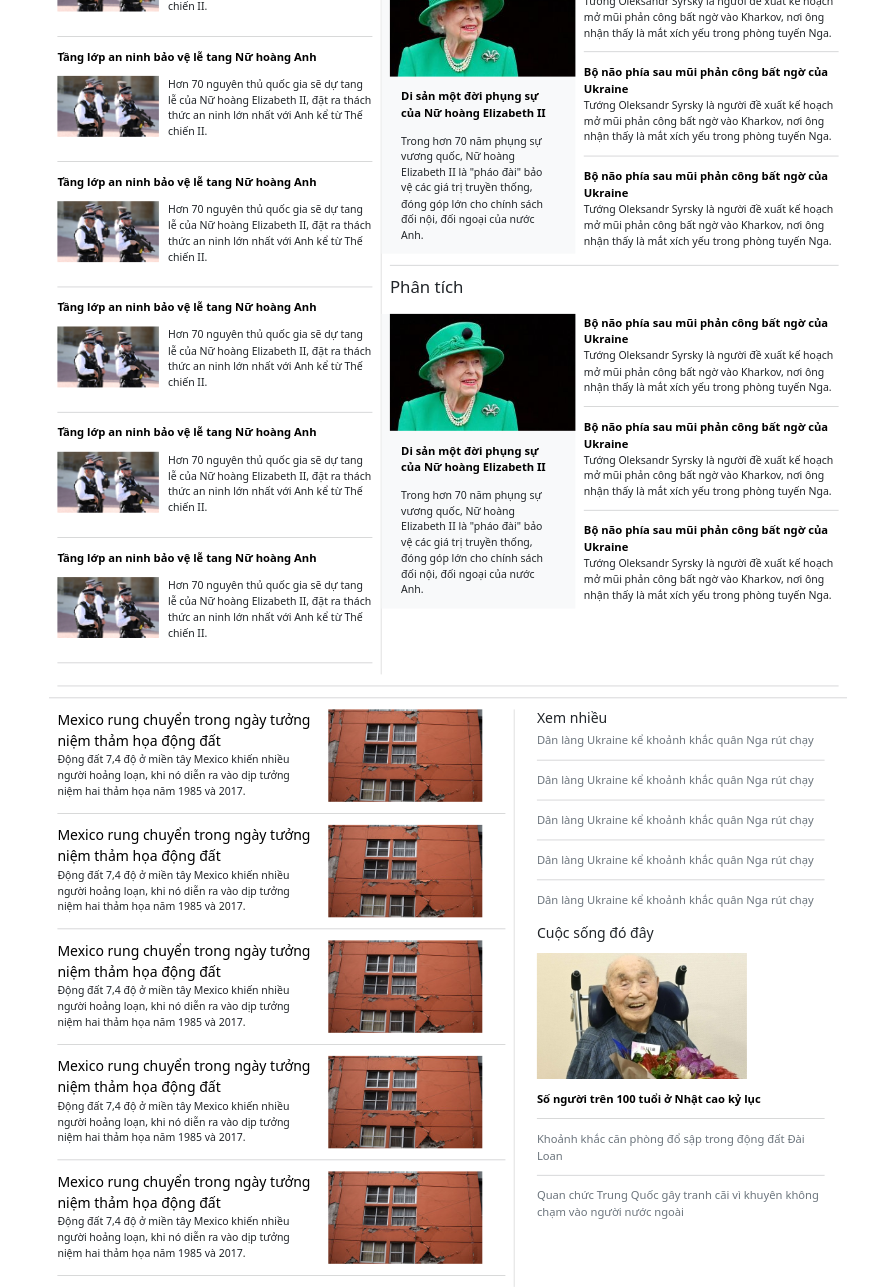
Repository: trongtamdev/lession1_html_sleepcloud
Page: vnExpress.html
An editor plug-in stored every save of this project. The page is shown before and after a run of saves, followed by the edit.
The browser window is 1280 px wide. The pictures show the part of the page from y = 788 to 2708 px (the page is 2627 px tall before and 2708 px after), at 70% of full size.

Above is the page before, as saved 2022-09-20 15:40:23.

### vnExpress.html
<!DOCTYPE html>
<html lang="en">
  <head>
    <meta charset="UTF-8" />
    <meta http-equiv="X-UA-Compatible" content="IE=edge" />
    <meta name="viewport" content="width=device-width, initial-scale=1.0" />
    <title>VNExpress</title>
    <link href="./styles/bootstrap.css" rel="stylesheet" />
    <link href="./styles/main.css" rel="stylesheet" />
  </head>
  <body>
    <div class="container">
      <div class="row">
        <div class="col-lg-8 mt-3">
          <div class="row bg-light">
            <div class="col-8">
              <img
                class="img-fluid"
                src="./assets/vnEpressImage/spotlight.jpg"
                alt="img-spotlight"
              />
            </div>
            <div class="col-4 mt-3">
              <h4><b>Tầng lớp an ninh bảo vệ lễ tang Nữ hoàng Anh</b></h4>
              <div class="mb-3">
                Hơn 70 nguyên thủ quốc gia sẽ dự tang lễ của Nữ hoàng Elizabeth
                II, đặt ra thách thức an ninh lớn nhất với Anh kể từ Thế chiến
                II.
              </div>
              <span class="text-muted">1' trước</span>
              <span class="text-muted mx-2">Thế giới</span>
            </div>
          </div>
          <hr />
          <div class="row">
            <div class="col-4">
              <a class="title-post" href="#">
                <b>
                  Điện Kremlin nói Nga - Trung không tìm cách kiểm soát thế
                  giới</b
                >
              </a>
              <div>
                Điện Kremlin cho rằng Nga, Trung Quốc không tìm cách kiểm soát
                thế giới "như những nước khác" và tố Mỹ là nguồn cơn của các
                hành động khiêu khích.
              </div>
            </div>
            <div class="col-4">
              <a class="title-post" href="#">
                <b> Ukraine tuyên bố chọc thủng phòng tuyến ven sông của Nga</b>
              </a>
              <div>
                Quân đội Ukraine tuyên bố các binh sĩ đã vượt sông Oskil đoạn
                chảy qua tỉnh Kharkov và phá vỡ phòng tuyến của lực lượng Nga.
              </div>
            </div>
            <div class="col-4">
              <a class="title-post" href="#">
                <b> Khoảnh khắc căn phòng đổ sập trong động đất Đài Loan</b>
              </a>
              <div>
                Phòng chơi cầu lông ở phía bắc Đài Loan rung lắc dữ dội và đổ
                sập trong lúc trận động đất mạnh 6,8 độ tấn công hòn đảo.
              </div>
            </div>
          </div>
          <hr />
          <div class="">
            <span class="text-muted">Chủ đề</span>
            <a class="ms-4 title-link" href="#"
              >Nữ hoàng Anh Elizabeth II qua đời</a
            >
          </div>
          <hr />
        </div>
        <!--END: LEFT SIDE 8 SPOTLIGHT-->

        <div class="col-lg-4 mt-3">
          <div class="row mt-3">
            <div class="col-7">
              <div>Alcaraz đưa Tây Ban Nha vào tứ kết Davis Cup Finals</div>
            </div>
            <div class="col-5">
              <img class="img" src="./assets/vnEpressImage/side-picture.jpg" />
            </div>
          </div>
          <hr />
          <div class="row mt-3">
            <div class="col-7">
              <div>Alcaraz đưa Tây Ban Nha vào tứ kết Davis Cup Finals</div>
            </div>
            <div class="col-5">
              <img class="img" src="./assets/vnEpressImage/side-picture.jpg" />
            </div>
          </div>
          <hr />
          <div class="row mt-3">
            <div class="col-7">
              <div>Alcaraz đưa Tây Ban Nha vào tứ kết Davis Cup Finals</div>
            </div>
            <div class="col-5">
              <img class="img" src="./assets/vnEpressImage/side-picture.jpg" />
            </div>
          </div>
          <hr />
          <div class="row mt-3">
            <div class="col-7">
              <div>Alcaraz đưa Tây Ban Nha vào tứ kết Davis Cup Finals</div>
            </div>
            <div class="col-5">
              <img class="img" src="./assets/vnEpressImage/side-picture.jpg" />
            </div>
          </div>
          <hr />
          <div class="row mt-3">
            <div class="col-7">
              <div>Alcaraz đưa Tây Ban Nha vào tứ kết Davis Cup Finals</div>
            </div>
            <div class="col-5">
              <img class="img" src="./assets/vnEpressImage/side-picture.jpg" />
            </div>
          </div>
          <hr />
          <div class="row mt-3">
            <div class="col-7">
              <div>Alcaraz đưa Tây Ban Nha vào tứ kết Davis Cup Finals</div>
            </div>
            <div class="col-5">
              <img class="img" src="./assets/vnEpressImage/side-picture.jpg" />
            </div>
          </div>
          <hr />
        </div>
        <!--END: RIGHT SIDE 4-->
      </div>
      <!-- END: Spotlight-->
      <div class="row mt-3">
        <div class="col-lg-5 border-right">
          <div class="row">
            <a class="title-post mb-3" href="#">
              <b>Tầng lớp an ninh bảo vệ lễ tang Nữ hoàng Anh</b>
            </a>
            <div class="col-4">
              <img class="img-side" src="./assets/vnEpressImage/side.jpg" />
            </div>
            <div class="col-8">
              <div>
                <p class="side-text">
                  Hơn 70 nguyên thủ quốc gia sẽ dự tang lễ của Nữ hoàng
                  Elizabeth II, đặt ra thách thức an ninh lớn nhất với Anh kể từ
                  Thế chiến II.
                </p>
              </div>
            </div>
          </div>
          <hr />
          <div class="row">
            <a class="title-post mb-3" href="#">
              <b>Tầng lớp an ninh bảo vệ lễ tang Nữ hoàng Anh</b>
            </a>
            <div class="col-4">
              <img class="img-side" src="./assets/vnEpressImage/side.jpg" />
            </div>
            <div class="col-8">
              <div>
                <p class="side-text">
                  Hơn 70 nguyên thủ quốc gia sẽ dự tang lễ của Nữ hoàng
                  Elizabeth II, đặt ra thách thức an ninh lớn nhất với Anh kể từ
                  Thế chiến II.
                </p>
              </div>
            </div>
          </div>
          <hr />
          <div class="row">
            <a class="title-post mb-3" href="#">
              <b>Tầng lớp an ninh bảo vệ lễ tang Nữ hoàng Anh</b>
            </a>
            <div class="col-4">
              <img class="img-side" src="./assets/vnEpressImage/side.jpg" />
            </div>
            <div class="col-8">
              <div>
                <p class="side-text">
                  Hơn 70 nguyên thủ quốc gia sẽ dự tang lễ của Nữ hoàng
                  Elizabeth II, đặt ra thách thức an ninh lớn nhất với Anh kể từ
                  Thế chiến II.
                </p>
              </div>
            </div>
          </div>
          <hr />
          <div class="row">
            <a class="title-post mb-3" href="#">
              <b>Tầng lớp an ninh bảo vệ lễ tang Nữ hoàng Anh</b>
            </a>
            <div class="col-4">
              <img class="img-side" src="./assets/vnEpressImage/side.jpg" />
            </div>
            <div class="col-8">
              <div>
                <p class="side-text">
                  Hơn 70 nguyên thủ quốc gia sẽ dự tang lễ của Nữ hoàng
                  Elizabeth II, đặt ra thách thức an ninh lớn nhất với Anh kể từ
                  Thế chiến II.
                </p>
              </div>
            </div>
          </div>
          <hr />
          <div class="row">
            <a class="title-post mb-3" href="#">
              <b>Tầng lớp an ninh bảo vệ lễ tang Nữ hoàng Anh</b>
            </a>
            <div class="col-4">
              <img class="img-side" src="./assets/vnEpressImage/side.jpg" />
            </div>
            <div class="col-8">
              <div>
                <p class="side-text">
                  Hơn 70 nguyên thủ quốc gia sẽ dự tang lễ của Nữ hoàng
                  Elizabeth II, đặt ra thách thức an ninh lớn nhất với Anh kể từ
                  Thế chiến II.
                </p>
              </div>
            </div>
          </div>
          <hr />
          <div class="row">
            <a class="title-post mb-3" href="#">
              <b>Tầng lớp an ninh bảo vệ lễ tang Nữ hoàng Anh</b>
            </a>
            <div class="col-4">
              <img class="img-side" src="./assets/vnEpressImage/side.jpg" />
            </div>
            <div class="col-8">
              <div>
                <p class="side-text">
                  Hơn 70 nguyên thủ quốc gia sẽ dự tang lễ của Nữ hoàng
                  Elizabeth II, đặt ra thách thức an ninh lớn nhất với Anh kể từ
                  Thế chiến II.
                </p>
              </div>
            </div>
          </div>
          <hr />
        </div>
        <!--END: SIDE CONTENT 5-->
        <div class="col-lg-7">
          <div class="row">
            <h4>Tư liệu</h4>
            <div class="col-5 bg-light mt-3">
              <img class="img-title" src="./assets/vnEpressImage/content.jpg" />

              <div class="px-3 py-3">
                <a class="title-post" href="#">
                  <b>Di sản một đời phụng sự của Nữ hoàng Elizabeth II</b>
                </a>
                <div class="side-text mt-3">
                  Trong hơn 70 năm phụng sự vương quốc, Nữ hoàng Elizabeth II là
                  "pháo đài" bảo vệ các giá trị truyền thống, đóng góp lớn cho
                  chính sách đối nội, đối ngoại của nước Anh.
                </div>
              </div>
            </div>
            <div class="col-7 mt-3">
              <div class="row">
                <a class="title-post" href="#">
                  <b>Bộ não phía sau mũi phản công bất ngờ của Ukraine</b>
                </a>
                <div class="side-text">
                  Tướng Oleksandr Syrsky là người đề xuất kế hoạch mở mũi phản
                  công bất ngờ vào Kharkov, nơi ông nhận thấy là mắt xích yếu
                  trong phòng tuyến Nga.
                </div>
              </div>
              <hr />
              <div class="row">
                <a class="title-post" href="#">
                  <b>Bộ não phía sau mũi phản công bất ngờ của Ukraine</b>
                </a>
                <div class="side-text">
                  Tướng Oleksandr Syrsky là người đề xuất kế hoạch mở mũi phản
                  công bất ngờ vào Kharkov, nơi ông nhận thấy là mắt xích yếu
                  trong phòng tuyến Nga.
                </div>
              </div>
              <hr />
              <div class="row">
                <a class="title-post" href="#">
                  <b>Bộ não phía sau mũi phản công bất ngờ của Ukraine</b>
                </a>
                <div class="side-text">
                  Tướng Oleksandr Syrsky là người đề xuất kế hoạch mở mũi phản
                  công bất ngờ vào Kharkov, nơi ông nhận thấy là mắt xích yếu
                  trong phòng tuyến Nga.
                </div>
              </div>
            </div>
          </div>
          <hr />
          <div class="row">
            <h4>Phân tích</h4>
            <div class="col-5 bg-light mt-3">
              <img class="img-title" src="./assets/vnEpressImage/content.jpg" />

              <div class="px-3 py-3">
                <a class="title-post" href="#">
                  <b>Di sản một đời phụng sự của Nữ hoàng Elizabeth II</b>
                </a>
                <div class="side-text mt-3">
                  Trong hơn 70 năm phụng sự vương quốc, Nữ hoàng Elizabeth II là
                  "pháo đài" bảo vệ các giá trị truyền thống, đóng góp lớn cho
                  chính sách đối nội, đối ngoại của nước Anh.
                </div>
              </div>
            </div>
            <div class="col-7 mt-3">
              <div class="row">
                <a class="title-post" href="#">
                  <b>Bộ não phía sau mũi phản công bất ngờ của Ukraine</b>
                </a>
                <div class="side-text">
                  Tướng Oleksandr Syrsky là người đề xuất kế hoạch mở mũi phản
                  công bất ngờ vào Kharkov, nơi ông nhận thấy là mắt xích yếu
                  trong phòng tuyến Nga.
                </div>
              </div>
              <hr />
              <div class="row">
                <a class="title-post" href="#">
                  <b>Bộ não phía sau mũi phản công bất ngờ của Ukraine</b>
                </a>
                <div class="side-text">
                  Tướng Oleksandr Syrsky là người đề xuất kế hoạch mở mũi phản
                  công bất ngờ vào Kharkov, nơi ông nhận thấy là mắt xích yếu
                  trong phòng tuyến Nga.
                </div>
              </div>
              <hr />
              <div class="row">
                <a class="title-post" href="#">
                  <b>Bộ não phía sau mũi phản công bất ngờ của Ukraine</b>
                </a>
                <div class="side-text">
                  Tướng Oleksandr Syrsky là người đề xuất kế hoạch mở mũi phản
                  công bất ngờ vào Kharkov, nơi ông nhận thấy là mắt xích yếu
                  trong phòng tuyến Nga.
                </div>
              </div>
            </div>
          </div>
        </div>
        <!--END: CONTENT 7-->
      </div>
      <hr />
      <div class="row mt-3">
        <hr />
        <div class="col-lg-7 border-right">
          <div class="row">
            <div class="col-7">
              <a class="title-content" href="#"
                >Mexico rung chuyển trong ngày tưởng niệm thảm họa động đất</a
              >
              <div class="side-text">
                Động đất 7,4 độ ở miền tây Mexico khiến nhiều người hoảng loạn,
                khi nó diễn ra vào dịp tưởng niệm hai thảm họa năm 1985 và 2017.
              </div>
            </div>
            <div class="col-5">
              <img
                class="img-content"
                src="./assets/vnEpressImage/content-medium.jpg"
              />
            </div>
          </div>
          <hr />

          <div class="row">
            <div class="col-7">
              <a class="title-content" href="#"
                >Mexico rung chuyển trong ngày tưởng niệm thảm họa động đất</a
              >
              <div class="side-text">
                Động đất 7,4 độ ở miền tây Mexico khiến nhiều người hoảng loạn,
                khi nó diễn ra vào dịp tưởng niệm hai thảm họa năm 1985 và 2017.
              </div>
            </div>
            <div class="col-5">
              <img
                class="img-content"
                src="./assets/vnEpressImage/content-medium.jpg"
              />
            </div>
          </div>
          <hr />

          <div class="row">
            <div class="col-7">
              <a class="title-content" href="#"
                >Mexico rung chuyển trong ngày tưởng niệm thảm họa động đất</a
              >
              <div class="side-text">
                Động đất 7,4 độ ở miền tây Mexico khiến nhiều người hoảng loạn,
                khi nó diễn ra vào dịp tưởng niệm hai thảm họa năm 1985 và 2017.
              </div>
            </div>
            <div class="col-5">
              <img
                class="img-content"
                src="./assets/vnEpressImage/content-medium.jpg"
              />
            </div>
          </div>
          <hr />

          <div class="row">
            <div class="col-7">
              <a class="title-content" href="#"
                >Mexico rung chuyển trong ngày tưởng niệm thảm họa động đất</a
              >
              <div class="side-text">
                Động đất 7,4 độ ở miền tây Mexico khiến nhiều người hoảng loạn,
                khi nó diễn ra vào dịp tưởng niệm hai thảm họa năm 1985 và 2017.
              </div>
            </div>
            <div class="col-5">
              <img
                class="img-content"
                src="./assets/vnEpressImage/content-medium.jpg"
              />
            </div>
          </div>
          <hr />

          <div class="row">
            <div class="col-7">
              <a class="title-content" href="#"
                >Mexico rung chuyển trong ngày tưởng niệm thảm họa động đất</a
              >
              <div class="side-text">
                Động đất 7,4 độ ở miền tây Mexico khiến nhiều người hoảng loạn,
                khi nó diễn ra vào dịp tưởng niệm hai thảm họa năm 1985 và 2017.
              </div>
            </div>
            <div class="col-5">
              <img
                class="img-content"
                src="./assets/vnEpressImage/content-medium.jpg"
              />
            </div>
          </div>
          <hr />
        </div>
        <!--END: CONTENT LIST 7-->
        <div class="col-lg-5">
          <div class="row mx-2">
            <div class="">
              <h5>Xem nhiều</h5>
              <div class="my-2">
                <a class="text-muted" href="#"
                  >Dân làng Ukraine kể khoảnh khắc quân Nga rút chạy
                </a>
                <hr />
              </div>

              <div class="my-2">
                <a class="text-muted" href="#"
                  >Dân làng Ukraine kể khoảnh khắc quân Nga rút chạy
                </a>
                <hr />
              </div>

              <div class="my-2">
                <a class="text-muted" href="#"
                  >Dân làng Ukraine kể khoảnh khắc quân Nga rút chạy
                </a>
                <hr />
              </div>

              <div class="my-2">
                <a class="text-muted" href="#"
                  >Dân làng Ukraine kể khoảnh khắc quân Nga rút chạy
                </a>
                <hr />
              </div>

              <div class="my-2">
                <a class="text-muted" href="#"
                  >Dân làng Ukraine kể khoảnh khắc quân Nga rút chạy
                </a>
              </div>
            </div>

            <div class="mt-3">
              <h5>Cuộc sống đó đây</h5>
              <div class="my-3">
                <img src="./assets/vnEpressImage/side-content-medium.jpg" />
              </div>
              <div class="my-2">
                <a class="title-post"
                  ><b>Số người trên 100 tuổi ở Nhật cao kỷ lục</b></a
                >
              </div>
              <hr />
              <div class="my-2">
                <a class="text-muted" href="#"
                  >Khoảnh khắc căn phòng đổ sập trong động đất Đài Loan
                </a>
              </div>
              <hr />
              <div class="my-2">
                <a class="text-muted" href="#"
                  >Quan chức Trung Quốc gây tranh cãi vì khuyên không chạm vào
                  người nước ngoài
                </a>
              </div>
            </div>
          </div>
        </div>
        <!--END: CONTENT LIST SIDE 5-->
      </div>
    </div>
  </body>
</html>

### styles/main.css
.bg-blue {
    background: rgb(63,94,251);
}
.bg-gradient-blue {
    background: rgb(63,94,251);
    background: radial-gradient(circle, rgba(63,94,251,1) 0%, rgba(252,70,107,1) 100%);
}
.card-header.bg-blue {
    color: #fff;
    font-weight: bold;
}

.banner {
    background-color: #ddd;
    height: 320px;
}

img.img-frame {
    height: auto;
}
img.img-frame.small {
    width: 100px;
}
img.img-frame.bigsize {
    width: 400px;
}



/* VNExpress */
.img{
    width: 100px;
    height: 60px;

    object-fit: cover;
}

.img-side{
    width: 145px;
    height: 87px;

    object-fit: cover;
}

.img-title{
    width: 265px;
    height: 167px;
}

.img-content{
    width: 220px;
    height: 132px;
}

.side-text{
    font-size: 15px;
}

.border-right{
    border-right: 1px solid lightgray;
}

a{
    text-decoration: none;

}
.title-link{
    color: #9f224e;
}
.title-post{
    color: black;
    text-decoration: none;

    font-size: 16px;
}

.title-content{
    color: black;
    font-size: 20px;
    text-decoration: none;
    font-weight: 500;
}

Loaded but not shown: styles/bootstrap.css (library)

After the next 3 saves:
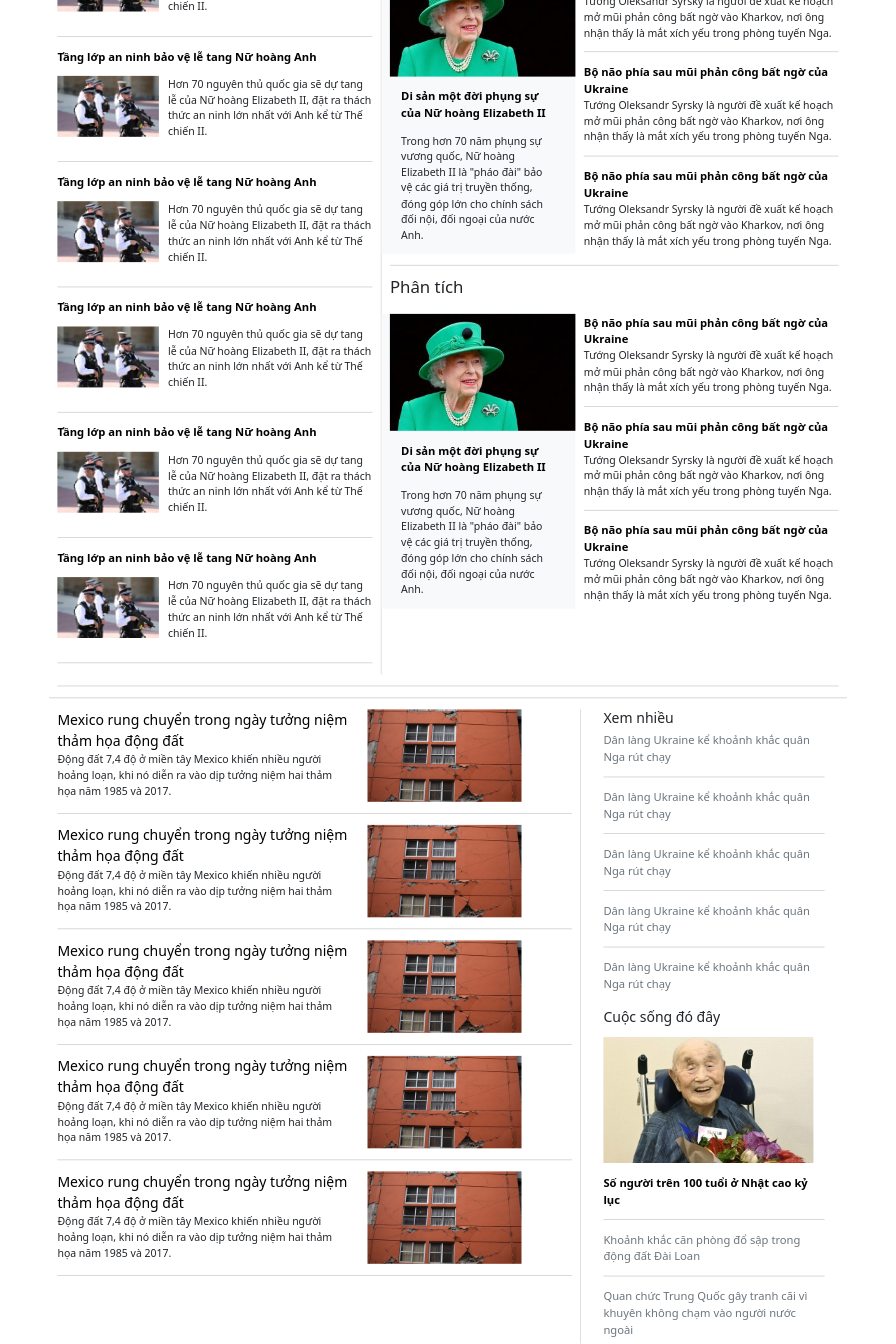
The 3 saves are shown as one change because they came seconds apart.
The last was saved 26 s later.
--- a/vnExpress.html
+++ b/vnExpress.html
@@ -357,7 +357,7 @@
       <hr />
       <div class="row mt-3">
         <hr />
-        <div class="col-lg-7 border-right">
+        <div class="col-lg-8 border-right">
           <div class="row">
             <div class="col-7">
               <a class="title-content" href="#"
@@ -454,7 +454,7 @@
           <hr />
         </div>
         <!--END: CONTENT LIST 7-->
-        <div class="col-lg-5">
+        <div class="col-lg-4">
           <div class="row mx-2">
             <div class="">
               <h5>Xem nhiều</h5>
